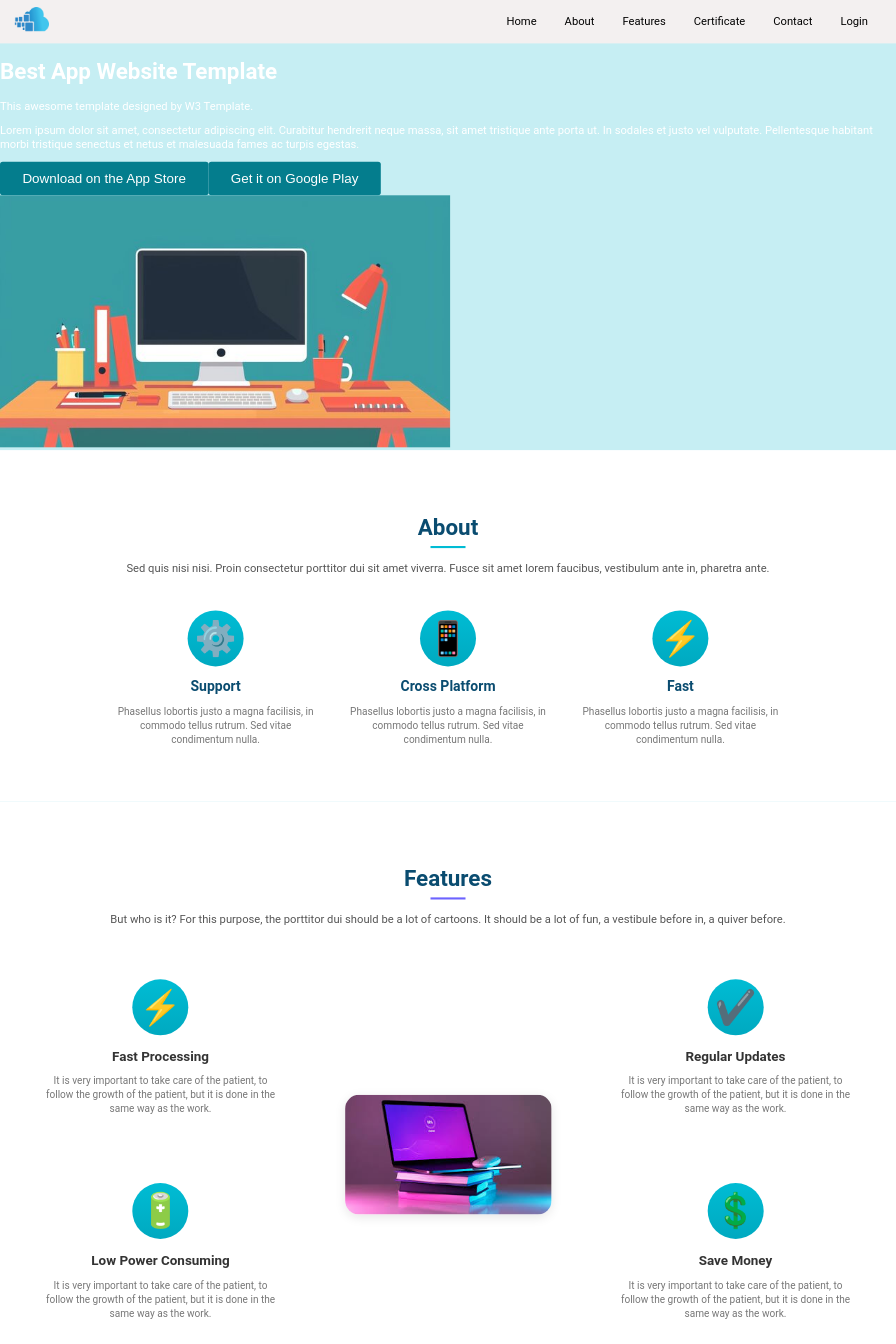
Repository: gautamsonam011/Institute
Page: /
The author's editor kept a copy of each file at every save. The page is drawn from the files as they stood at one save, then again after the next save.
The browser window is 1280 px wide. The pictures show the part of the page from y = 0 to 1920 px (the page is 3517 px tall before and 3875 px after), at 70% of full size.
The project was rebuilt for these pictures with package versions that can differ from the ones it lists, and the page was loaded fresh each time. Also part of the build but not shown: vite.config.js, src/Header.jsx, src/Sidebar.jsx, src/Home.jsx, src/students/Addstudent.jsx, src/students/allstudent.css, src/students/Allstudents.jsx, src/Fee management/feehead.css and 9 more.

Above is the page before, as saved 2024-11-28 10:41:42.

After the next save:
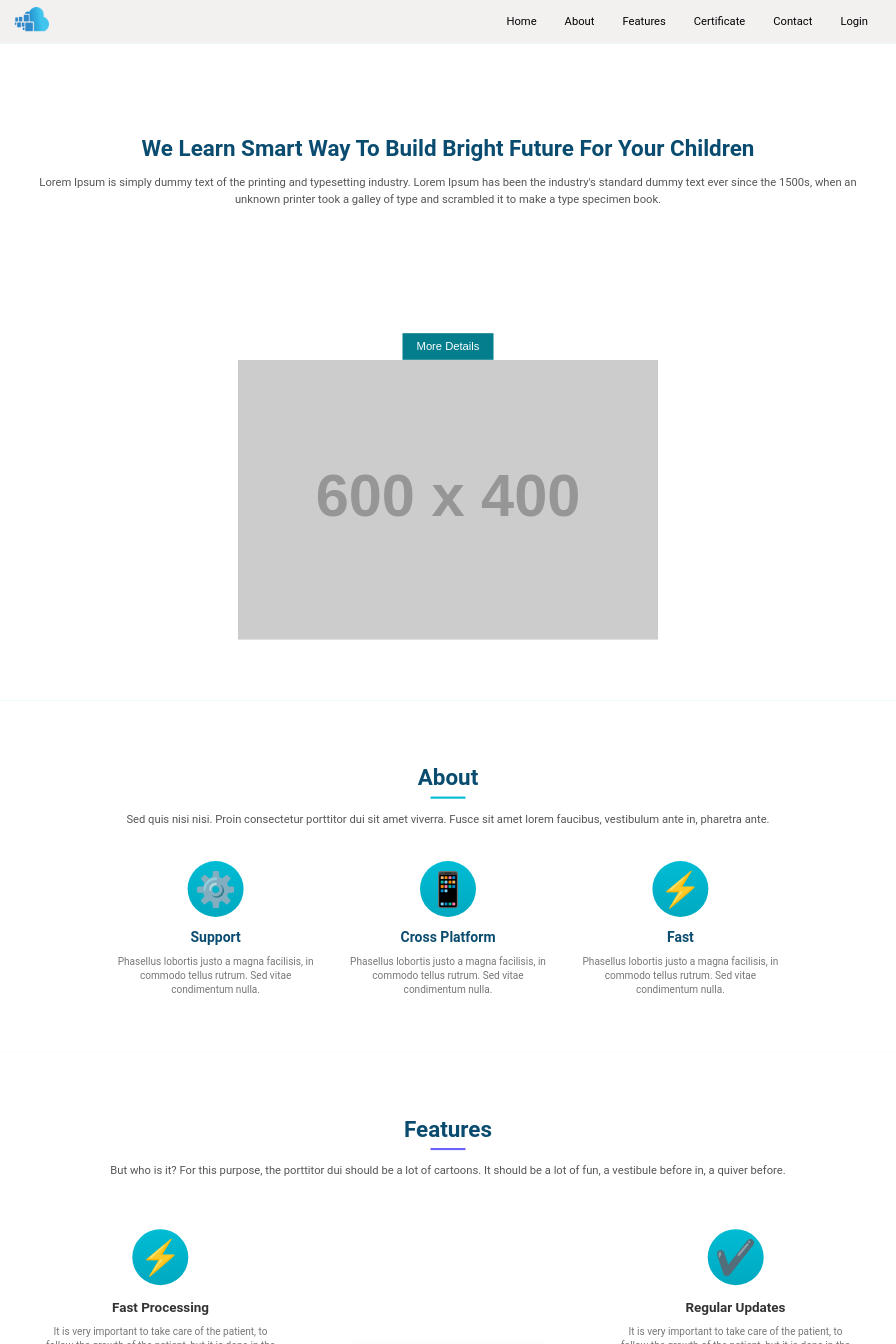
Saved 25 s later.
--- a/src/components/Main.jsx
+++ b/src/components/Main.jsx
@@ -1,28 +1,42 @@
 import React from "react";
 import "./main.css";
-import mainbg2 from '../assets/mainbg2.jpg'
 
-const AppSection = () => {
+const AboutSection = () => {
   return (
-    <div className="app-section">
-      <div className="content">
-        <h1>Best App Website Template</h1>
-        <p>
-          This awesome template designed by W3 Template.
+    <div className="about-section">
+      <div className="about-content">
+        <h3 className="about-heading">About Us</h3>
+        <h2 className="about-title">
+          We Learn Smart Way To Build Bright Future For Your Children
+        </h2>
+        <p className="about-description">
+          Lorem Ipsum is simply dummy text of the printing and typesetting
+          industry. Lorem Ipsum has been the industry's standard dummy text
+          ever since the 1500s, when an unknown printer took a galley of type
+          and scrambled it to make a type specimen book.
         </p>
-        <p>
-          Lorem ipsum dolor sit amet, consectetur adipiscing elit. Curabitur hendrerit neque massa, sit amet tristique ante porta ut. In sodales et justo vel vulputate. Pellentesque habitant morbi tristique senectus et netus et malesuada fames ac turpis egestas.
-        </p>
-        <div className="buttons">
-          <button className="btn btn-black">Download on the App Store</button>
-          <button className="btn btn-blue">Get it on Google Play</button>
+        <ul className="about-list">
+          <li>Sport Activities</li>
+          <li>Outdoor Games</li>
+          <li>Nutritious Foods</li>
+          <li>Highly Secured</li>
+          <li>Friendly Environment</li>
+          <li>Qualified Teacher</li>
+        </ul>
+        <button className="about-button">More Details</button>
+      </div>
+      <div className="about-image-container">
+        <img
+          src="https://via.placeholder.com/600x400" /* Replace with actual image URL */
+          alt="Children learning"
+          className="about-image"
+        />
+        <div className="play-button">
+          <span>▶</span>
         </div>
-      </div>
-      <div className="image">
-        <img src={mainbg2} alt="App Illustration" />
       </div>
     </div>
   );
 };
 
-export default AppSection;
+export default AboutSection;
